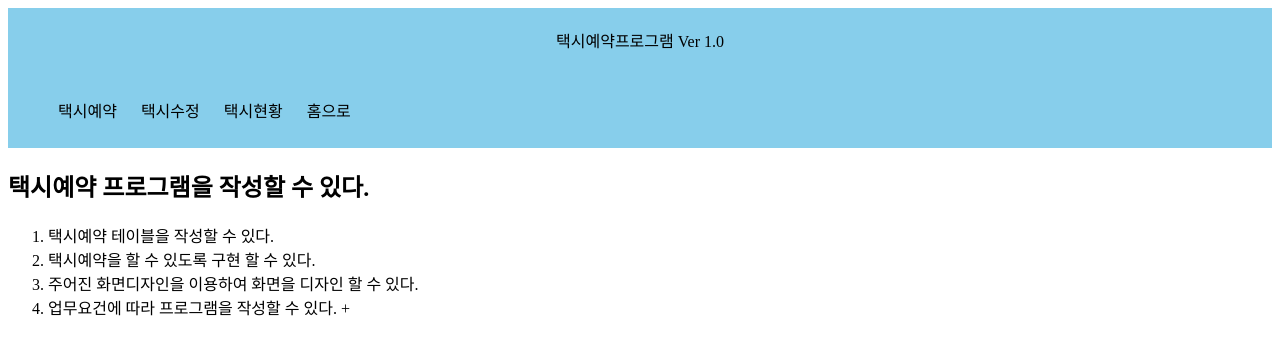
Repository: khs220507/WebClass
Page: http://localhost/prj0828/
The author's editor kept a copy of each file at every save. The page is drawn from the files as they stood at one save, then again after the next save.
The browser window is 1280 px wide. The pictures show the whole page.
The page is served by Tomcat 9. Other server files are loaded and not shown.

Above is the page before, as saved 2023-08-28 06:26:49.

### prj0828/src/main/webapp/index.jsp
<%@ page language="java" contentType="text/html; charset=UTF-8"
    pageEncoding="UTF-8"%>
<!DOCTYPE html>
<html>
<head>
<meta charset="UTF-8">
<title>Insert title here</title>
<link href="./css/index.css" rel="stylesheet"/>
</head>
<body>

<header>
택시예약프로그램 Ver 1.0
</header>

<nav>
<ul>
<li>택시예약</li>
<li>택시수정</li>
<li>택시현황</li>
<li>홈으로</li>
</ul>
</nav>

<section>
<h2>택시예약 프로그램을 작성할 수 있다.</h2>
<ol>
<li>택시예약 테이블을 작성할 수 있다.</li>
<li>택시예약을 할 수 있도록 구현 할 수 있다.</li>
<li>주어진 화면디자인을 이용하여 화면을 디자인 할 수 있다.</li>
<li>업무요건에 따라 프로그램을 작성할 수 있다.
+</li>
</ol>
</section>

<footer>
</footer>

</body>
</html>

### prj0828/src/main/webapp/css/index.css
@charset "UTF-8";

header{
	padding : 20px;
	background-color: skyblue;
	text-align: center;
}


nav{
	padding: 10px;
	background-color: skyblue;
}
ul{
	list-style: none;
}
ul >li{
	display: inline-block;
	padding-right :20px;
}

After the next save:
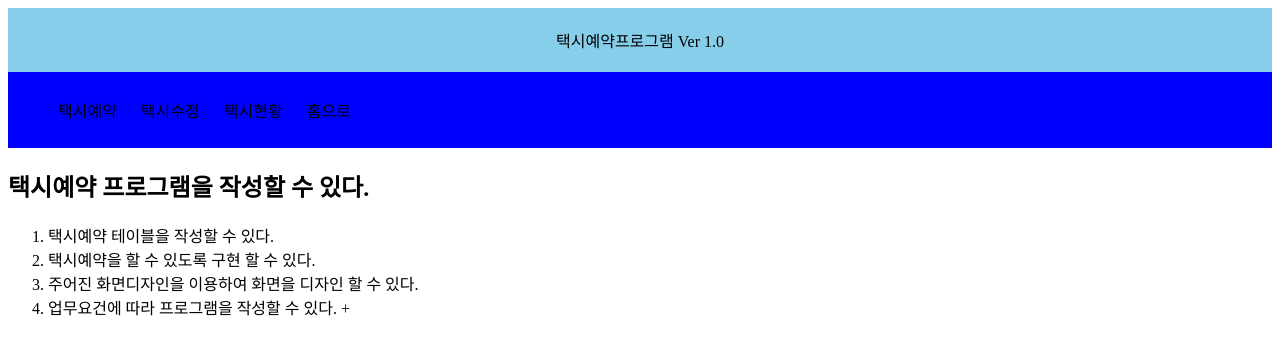
Saved 47 s later.
--- a/prj0828/src/main/webapp/css/index.css
+++ b/prj0828/src/main/webapp/css/index.css
@@ -9,7 +9,7 @@
 
 nav{
 	padding: 10px;
-	background-color: skyblue;
+	background-color: blue;
 }
 ul{
 	list-style: none;
